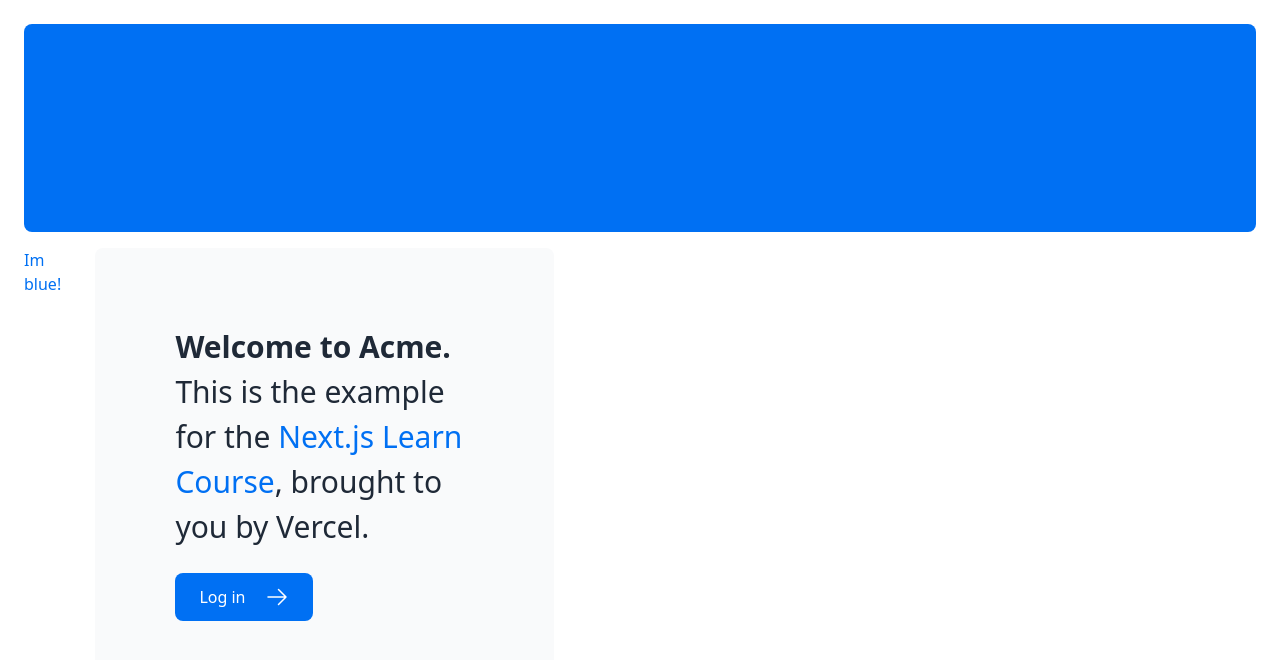
Repository: starsky886/nextjs-dashboard
Page: /
The author's editor kept a copy of each file at every save. The page is drawn from the files as they stood at one save, then again after the next save.
The browser window is 1280 px wide. The pictures show the whole page.
The project was rebuilt for these pictures with package versions that can differ from the ones it lists, and the page was loaded fresh each time. The framework's server and built-in components were replaced by stand-ins that run in the browser. Also part of the build but not shown: next.config.js.

Above is the page before, as saved 2024-03-26 19:55:42.

### app/layout.tsx
import '@/app/ui/global.css'
export default function RootLayout({
  children,
}: {
  children: React.ReactNode;
}) {
  return (
    <html lang="en">
      <body>{children}
      </body>

    </html>
  );
}

### app/page.tsx
import AcmeLogo from '@/app/ui/acme-logo';
import { ArrowRightIcon } from '@heroicons/react/24/outline';
import Link from 'next/link';

export default function Page() {
  return (
    <main className="flex min-h-screen flex-col p-6">

      <div className="flex h-20 shrink-0 items-end rounded-lg bg-blue-500 p-4 md:h-52">
        {/* <AcmeLogo /> */}
      </div>
      <div className="mt-4 flex grow flex-col gap-4 md:flex-row">
        <h1 className="text-blue-500">Im blue!</h1>
        <div className="flex flex-col justify-center gap-6 rounded-lg bg-gray-50 px-6 py-10 md:w-2/5 md:px-20">
          <p className={`text-xl text-gray-800 md:text-3xl md:leading-normal`}>
            <strong>Welcome to Acme.</strong> This is the example for the{' '}
            <a href="https://nextjs.org/learn/" className="text-blue-500">
              Next.js Learn Course
            </a>
            , brought to you by Vercel.
          </p>
          <Link
            href="/login"
            className="flex items-center gap-5 self-start rounded-lg bg-blue-500 px-6 py-3 text-sm font-medium text-white transition-colors hover:bg-blue-400 md:text-base"
          >
            <span>Log in</span> <ArrowRightIcon className="w-5 md:w-6" />
          </Link>
        </div>
        <div className="flex items-center justify-center p-6 md:w-3/5 md:px-28 md:py-12">
          {/* Add Hero Images Here */}
        </div>
      </div>
    </main>
  );
}

Loaded but not shown: app/ui/global.css (common file); tailwind.config.ts (common file)

After the next save:
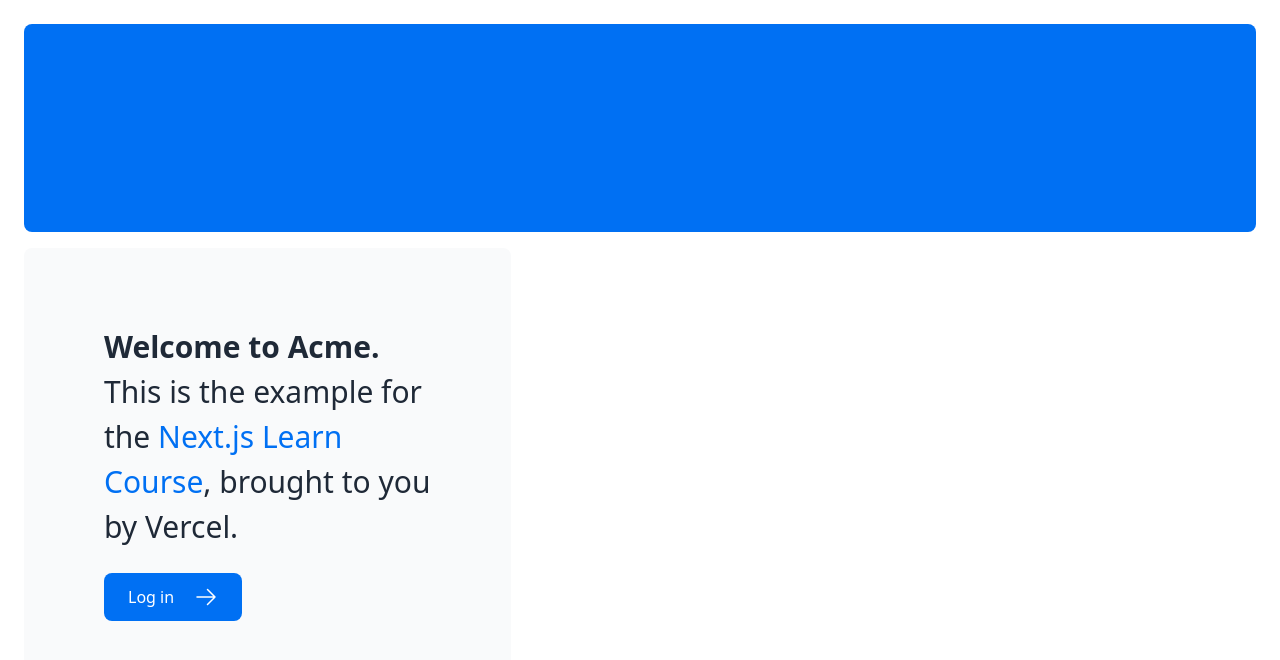
Saved 13 s later.
--- a/app/page.tsx
+++ b/app/page.tsx
@@ -10,7 +10,6 @@
         {/* <AcmeLogo /> */}
       </div>
       <div className="mt-4 flex grow flex-col gap-4 md:flex-row">
-        <h1 className="text-blue-500">Im blue!</h1>
         <div className="flex flex-col justify-center gap-6 rounded-lg bg-gray-50 px-6 py-10 md:w-2/5 md:px-20">
           <p className={`text-xl text-gray-800 md:text-3xl md:leading-normal`}>
             <strong>Welcome to Acme.</strong> This is the example for the{' '}
